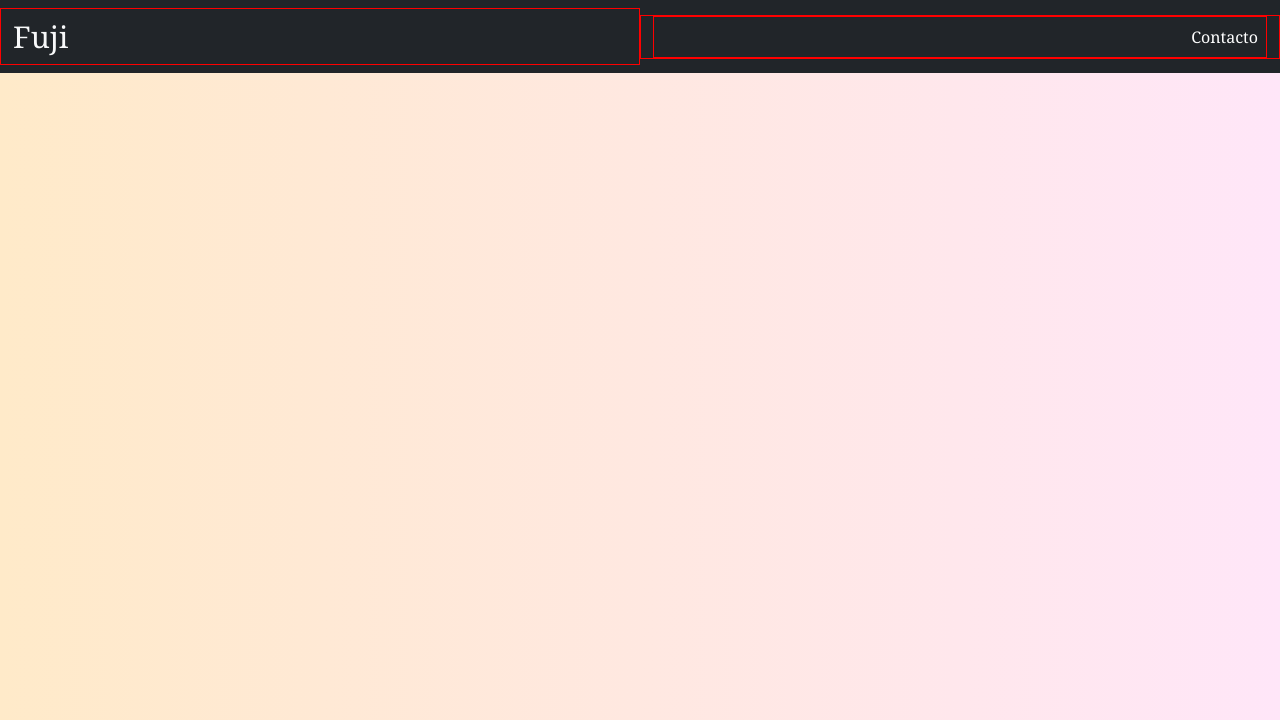
Repository: aipacheco/Fuji-restaurante
Page: menu.html
The author's editor kept a copy of each file at every save. The page is drawn from the files as they stood at one save, then again after the next save.
The browser window is 1280 px wide. The pictures show the whole page.

Above is the page before, as saved 2024-01-27 11:50:28.

### menu.html
<!DOCTYPE html>
<html lang="en">

<head>
  <meta charset="UTF-8" />
  <meta name="viewport" content="width=device-width, initial-scale=1.0" />

  <link href="https://cdn.jsdelivr.net/npm/bootstrap@5.3.2/dist/css/bootstrap.min.css" rel="stylesheet"
    integrity="sha384-T3c6CoIi6uLrA9TneNEoa7RxnatzjcDSCmG1MXxSR1GAsXEV/Dwwykc2MPK8M2HN" crossorigin="anonymous" />
    <link rel="stylesheet" href="./css/styles.css" />
  <title>Carta</title>
</head>

<body>
  <!-- Navbar -->
  <nav class="navbar navbar-expand-lg bg-dark text-light">
    <div class="container">

      <a class="navbar-brand d-flex align-items-center text-light" href="./index.html">

        <span id="icon">Fuji</span>
      </a>

      <button class="navbar-toggler" type="button" data-toggle="collapse" data-target="#navbarNavDropdown"
        aria-controls="navbarNavDropdown" aria-expanded="false" aria-label="Toggle navigation">
        <span class="navbar-toggler-icon"></span>
      </button>
    </div>
    <div class="container">
      <div class="collapse navbar-collapse justify-content-end" id="navbarNavDropdown">
        <ul class="navbar-nav align-items-center">

          <li class="nav-item active m-2">
            <a href="/contact.html">Contacto</a>
          </li>

        </ul>
  </nav>









</body>

### css/styles.css
body {
  font-family:Georgia, 'Times New Roman', Times, serif !important;
  margin: 0;
  padding: 0;
  background: rgb(255, 234, 201);
  background: linear-gradient(
    90deg,
    rgba(255, 234, 201, 1) 0%,
    rgba(255, 230, 248, 1) 100%
  );
  height: 100vh;
  width: 100vw;
}
div{
  border:1px solid red
}
a{
  text-decoration: none;
  color: white;
}
#icon{
    font-size: 1.5em;
}
textarea{
  resize: none !important;
}
.card{
  background-color: rgba(250, 235, 215, 0.212);
}

After the next save:
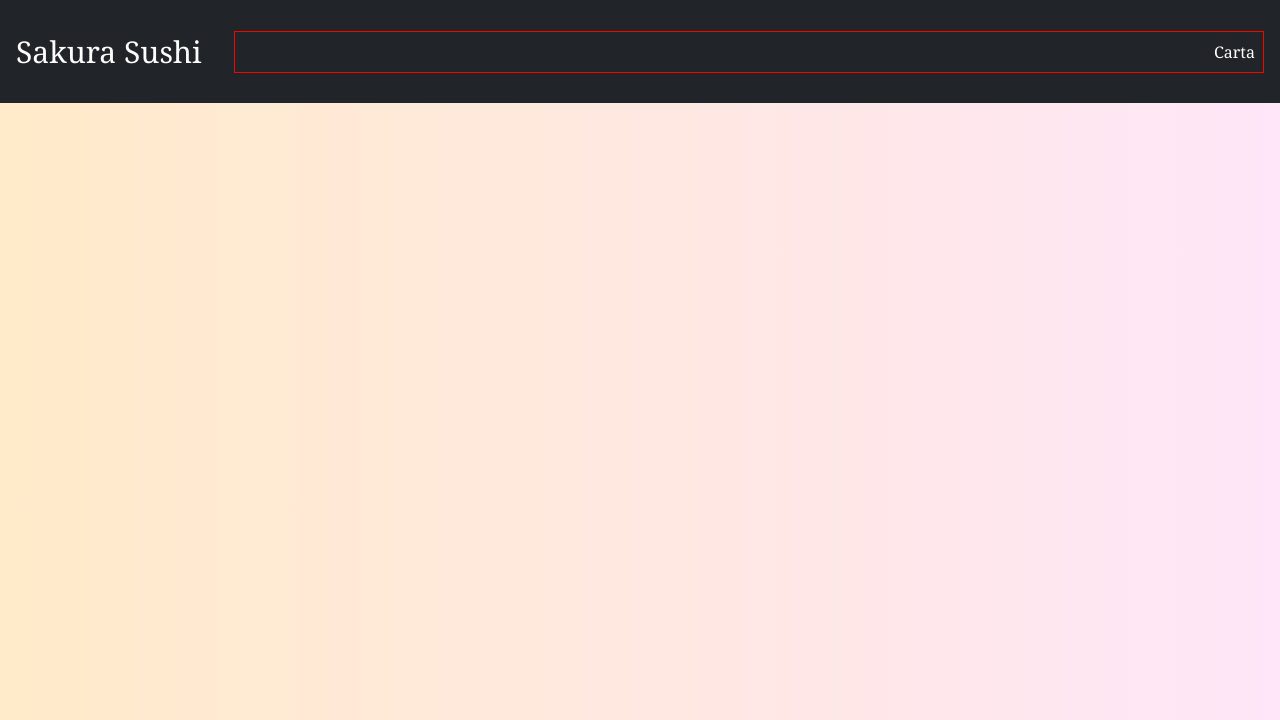
Saved 2 h 53 min later.
--- a/menu.html
+++ b/menu.html
@@ -13,28 +13,33 @@
 
 <body>
   <!-- Navbar -->
-  <nav class="navbar navbar-expand-lg bg-dark text-light">
-    <div class="container">
+  <nav class="navbar navbar-expand-lg bg-dark" data-bs-theme="dark">
+    <a class="navbar-brand d-flex align-items-center m-3" href="./index.html">
+      <span id="icon">Sakura Sushi</span>
+    </a>
 
-      <a class="navbar-brand d-flex align-items-center text-light" href="./index.html">
+    <button
+      class="navbar-toggler m-3"
+      type="button"
+      data-toggle="collapse"
+      data-target="#navbarNavDropdown"
+      aria-controls="navbarNavDropdown"
+      aria-expanded="false"
+      aria-label="Toggle navigation"
+    >
+      <span class="navbar-toggler-icon"></span>
+    </button>
 
-        <span id="icon">Fuji</span>
-      </a>
-
-      <button class="navbar-toggler" type="button" data-toggle="collapse" data-target="#navbarNavDropdown"
-        aria-controls="navbarNavDropdown" aria-expanded="false" aria-label="Toggle navigation">
-        <span class="navbar-toggler-icon"></span>
-      </button>
+    <div
+      class="collapse navbar-collapse justify-content-end m-3"
+      id="navbarNavDropdown"
+    >
+      <ul class="navbar-nav align-items-center">
+        <li class="nav-item active m-2">
+          <a href="/menu.html">Carta</a>
+        </li>
+      </ul>
     </div>
-    <div class="container">
-      <div class="collapse navbar-collapse justify-content-end" id="navbarNavDropdown">
-        <ul class="navbar-nav align-items-center">
-
-          <li class="nav-item active m-2">
-            <a href="/contact.html">Contacto</a>
-          </li>
-
-        </ul>
   </nav>
 
 
